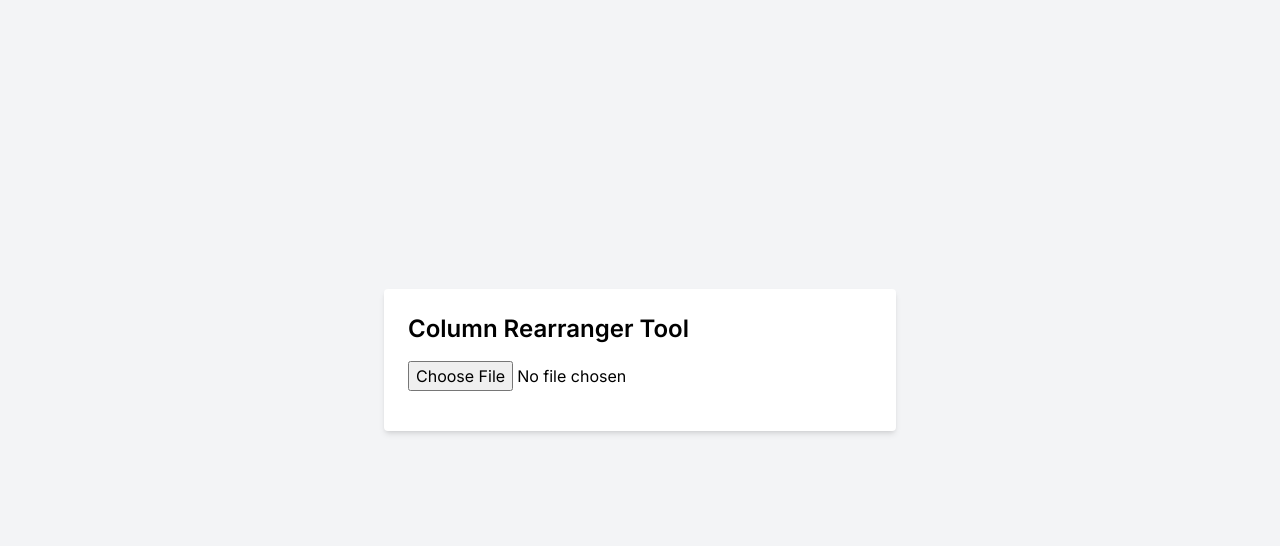
Repository: Wilderness-Committee/ColumnRearranger
Page: /
An editor plug-in stored every save of this project. The page is shown before and after the next save, followed by the edit.
The browser window is 1280 px wide. The pictures show the whole page.
The project was rebuilt for these pictures with package versions that can differ from the ones it lists, and the page was loaded fresh each time. The framework's server and built-in components were replaced by stand-ins that run in the browser. Also part of the build but not shown: next.config.mjs.

Above is the page before, as saved 2024-05-28 08:51:11.

After the next save:
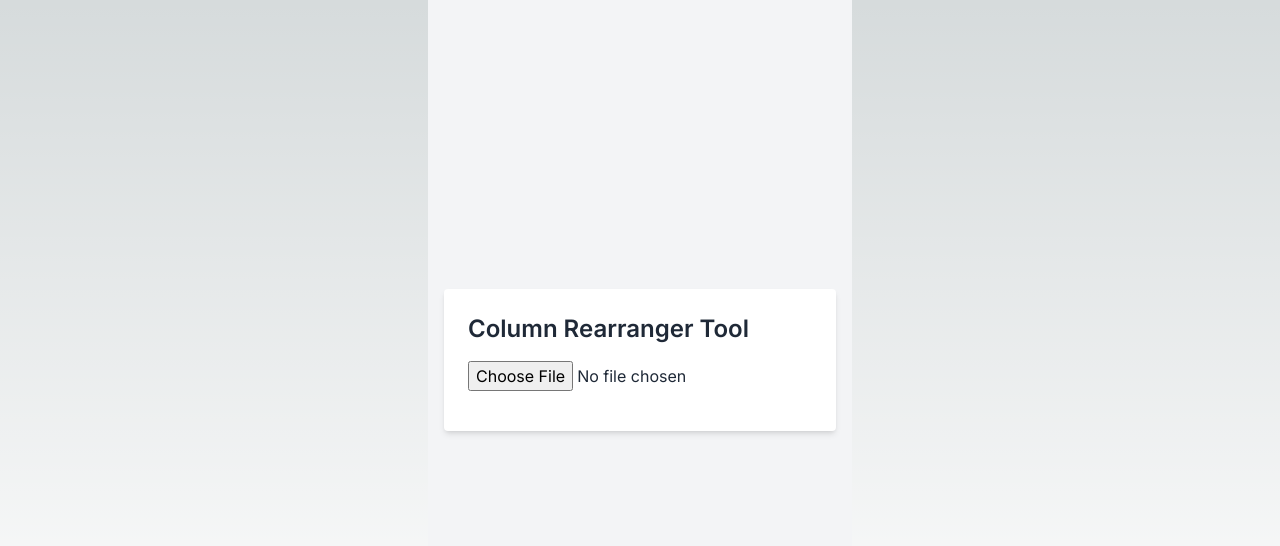
Saved 4 min 36 s later.
--- a/app/components/ColumnRearranger.tsx
+++ b/app/components/ColumnRearranger.tsx
@@ -16,11 +16,26 @@
         header: true,
         dynamicTyping: true,
         complete: (result) => {
-          setCsvData(result.data);
-          rearrangeColumns(result.data);
+          const processedData = processColumnHeaders(result.data);
+          setCsvData(processedData);
+          rearrangeColumns(processedData);
         },
       });
     }
+  };
+
+  const processColumnHeaders = (data: any[]) => {
+    return data.map((row) => {
+      const newRow: { [key: string]: any } = {};
+      Object.keys(row).forEach((col) => {
+        const newCol = col
+          .replace(/^Household\./, "")
+          .replace(/^Contact\./, "")
+          .replace(/^Campaign\./, "");
+        newRow[newCol] = row[col];
+      });
+      return newRow;
+    });
   };
 
   const rearrangeColumns = (data: any[]) => {
@@ -52,16 +67,16 @@
   };
 
   return (
-    <div className="min-h-screen flex flex-col items-center justify-center bg-gray-100 p-4 w-full">
+    <div className="min-h-screen flex flex-col items-center justify-center bg-gray-100 p-4">
       <div className="bg-white shadow-md rounded p-6 w-full max-w-lg">
-        <h2 className="text-2xl font-semibold mb-4 text-black">
+        <h2 className="text-2xl font-semibold mb-4 text-gray-800">
           Column Rearranger Tool
         </h2>
         <input
           type="file"
           accept=".csv"
           onChange={handleFileUpload}
-          className="mb-4 w-full"
+          className="mb-4 w-full text-gray-800"
         />
         {csvData.length > 0 && (
           <>
@@ -70,7 +85,10 @@
                 <thead>
                   <tr>
                     {Object.keys(rearrangedData[0] || {}).map((col) => (
-                      <th key={col} className="py-2 px-4 border-b">
+                      <th
+                        key={col}
+                        className="py-2 px-4 border-b text-gray-800"
+                      >
                         {col}
                       </th>
                     ))}
@@ -80,7 +98,10 @@
                   {rearrangedData.map((row, rowIndex) => (
                     <tr key={rowIndex}>
                       {Object.values(row).map((cell, cellIndex) => (
-                        <td key={cellIndex} className="py-2 px-4 border-b">
+                        <td
+                          key={cellIndex}
+                          className="py-2 px-4 border-b text-gray-800"
+                        >
                           {cell as string | number | boolean | null | undefined}
                         </td>
                       ))}

After the 4 saves that followed:
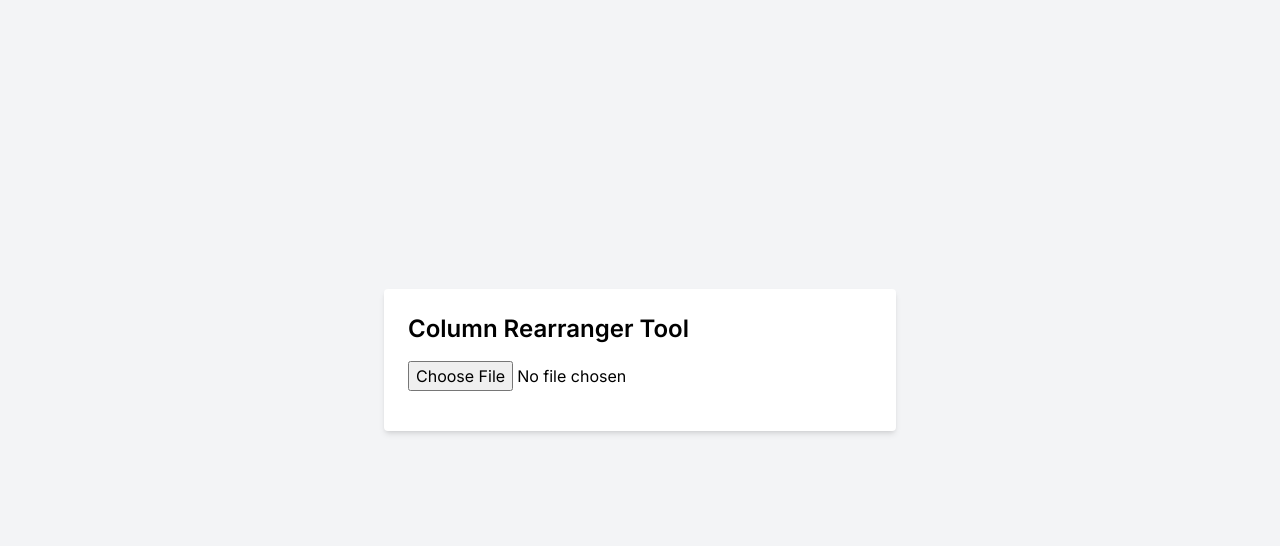
The 4 saves are shown as one change because 2 left the picture as it was and some came seconds apart.
The last was saved 2 min 18 s later.
--- a/app/components/ColumnRearranger.tsx
+++ b/app/components/ColumnRearranger.tsx
@@ -16,26 +16,11 @@
         header: true,
         dynamicTyping: true,
         complete: (result) => {
-          const processedData = processColumnHeaders(result.data);
-          setCsvData(processedData);
-          rearrangeColumns(processedData);
+          setCsvData(result.data);
+          rearrangeColumns(result.data);
         },
       });
     }
-  };
-
-  const processColumnHeaders = (data: any[]) => {
-    return data.map((row) => {
-      const newRow: { [key: string]: any } = {};
-      Object.keys(row).forEach((col) => {
-        const newCol = col
-          .replace(/^Household\./, "")
-          .replace(/^Contact\./, "")
-          .replace(/^Campaign\./, "");
-        newRow[newCol] = row[col];
-      });
-      return newRow;
-    });
   };
 
   const rearrangeColumns = (data: any[]) => {
@@ -67,16 +52,16 @@
   };
 
   return (
-    <div className="min-h-screen flex flex-col items-center justify-center bg-gray-100 p-4">
+    <div className="min-h-screen flex flex-col items-center justify-center bg-gray-100 p-4 w-full">
       <div className="bg-white shadow-md rounded p-6 w-full max-w-lg">
-        <h2 className="text-2xl font-semibold mb-4 text-gray-800">
+        <h2 className="text-2xl font-semibold mb-4 text-black">
           Column Rearranger Tool
         </h2>
         <input
           type="file"
           accept=".csv"
           onChange={handleFileUpload}
-          className="mb-4 w-full text-gray-800"
+          className="mb-4 w-full"
         />
         {csvData.length > 0 && (
           <>
@@ -85,10 +70,7 @@
                 <thead>
                   <tr>
                     {Object.keys(rearrangedData[0] || {}).map((col) => (
-                      <th
-                        key={col}
-                        className="py-2 px-4 border-b text-gray-800"
-                      >
+                      <th key={col} className="py-2 px-4 border-b">
                         {col}
                       </th>
                     ))}
@@ -98,10 +80,7 @@
                   {rearrangedData.map((row, rowIndex) => (
                     <tr key={rowIndex}>
                       {Object.values(row).map((cell, cellIndex) => (
-                        <td
-                          key={cellIndex}
-                          className="py-2 px-4 border-b text-gray-800"
-                        >
+                        <td key={cellIndex} className="py-2 px-4 border-b">
                           {cell as string | number | boolean | null | undefined}
                         </td>
                       ))}
